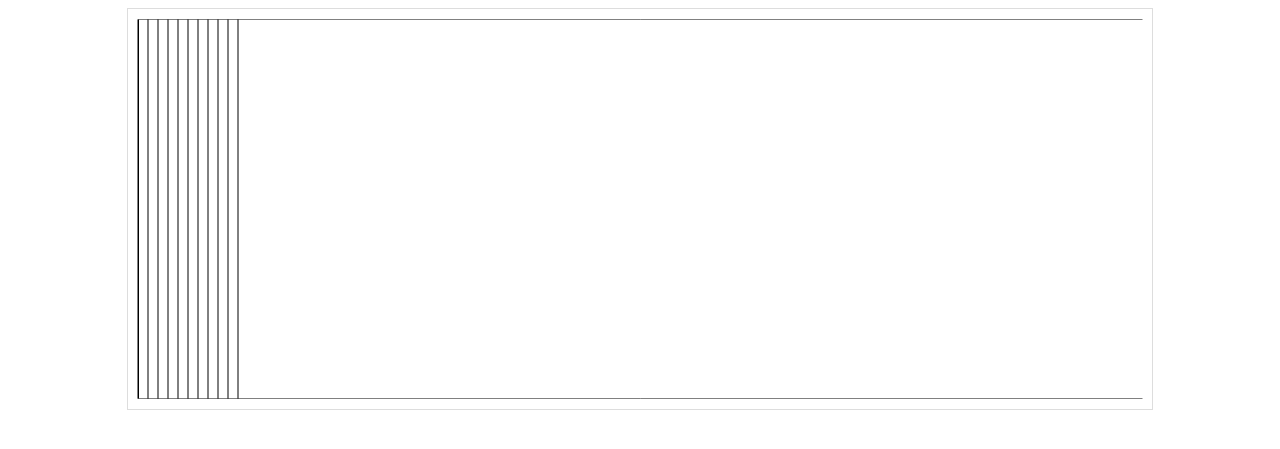
Repository: cw19931024/Demo
Page: canvas.html
These files come from the project's save history. The page is drawn as it stood at one moment and after the next save; the edit follows.
The browser window is 1280 px wide. The pictures show the whole page.

Above is the page before, as saved 2017-07-26 18:03:53.

### canvas.html
<!DOCTYPE html>
<html lang="en">

<head>
    <title></title>
    <meta charset="UTF-8">
    <meta name="viewport" context="width=device-width, initial-scale=1">
    <style>
        canvas {
            margin: 0 auto;
            border: 1px solid #ddd;
            width: 1024px;
            height: 400px;
        }

        .tac {
            text-align: center;
        }
    </style>
</head>

<body>
    <div class="tac">
        <canvas id="canvas" width="1024" height="768"></canvas>
    </div>
</body>
<script>
    var canvas = document.getElementById('canvas');
    var context = canvas.getContext('2d');
    var width = canvas.width;
    var height = canvas.height;
    var padding = 10;

    //y轴线
    context.beginPath();
    context.lineWidth = 1;
    context.moveTo(padding + 0.5, height - padding - 10);
    context.lineTo(padding + 0.5, padding + 10);
    context.stroke();

    //x轴线
    context.beginPath();
    context.moveTo(padding + 0.5, height - padding - 10);
    context.lineTo(width - padding + 0.5, height - padding - 10)
    context.moveTo(padding + 0.5, padding + 10);
    context.lineTo(width - padding + 0.5, padding + 10)
    context.stroke();

    // var Number = 5;             //y轴的段数
    // var yLength = Math.floor(height -padding*2/Number);
    // var xLength = Math.floor(width -padding*2/data.length);

    for (var i = 0; i < parseInt(width / 10); i+=10) {
        context.beginPath();
        context.lineWidth = 1;
        context.moveTo(i +10, height - padding - 10);
        context.lineTo(i +10, padding + 10);
        context.stroke();
    }
</script>

</html>

After the next save:
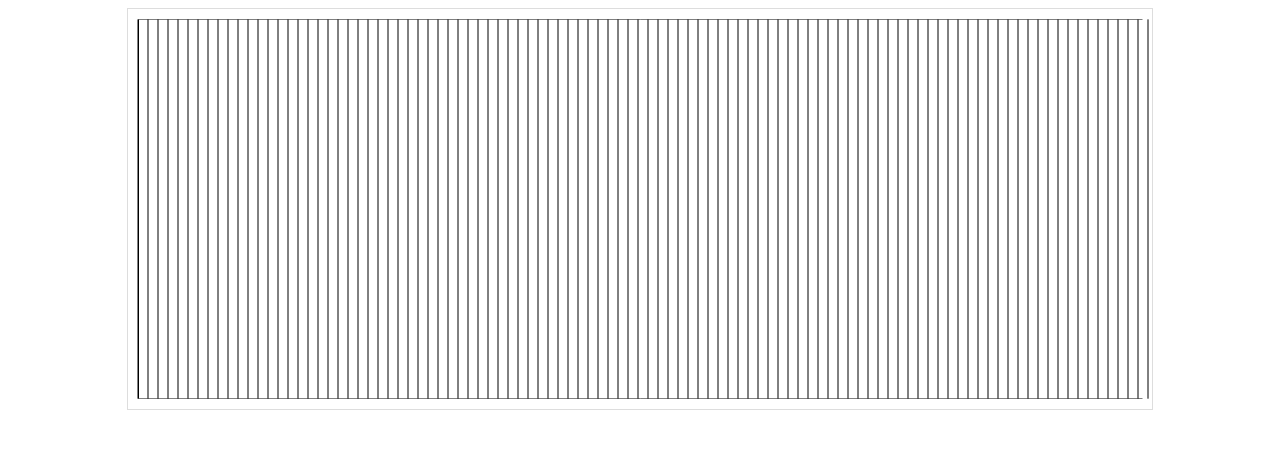
Saved 36 s later.
--- a/canvas.html
+++ b/canvas.html
@@ -50,7 +50,7 @@
     // var yLength = Math.floor(height -padding*2/Number);
     // var xLength = Math.floor(width -padding*2/data.length);
 
-    for (var i = 0; i < parseInt(width / 10); i+=10) {
+    for (var i = 0; i < width; i+=10) {
         context.beginPath();
         context.lineWidth = 1;
         context.moveTo(i +10, height - padding - 10);
